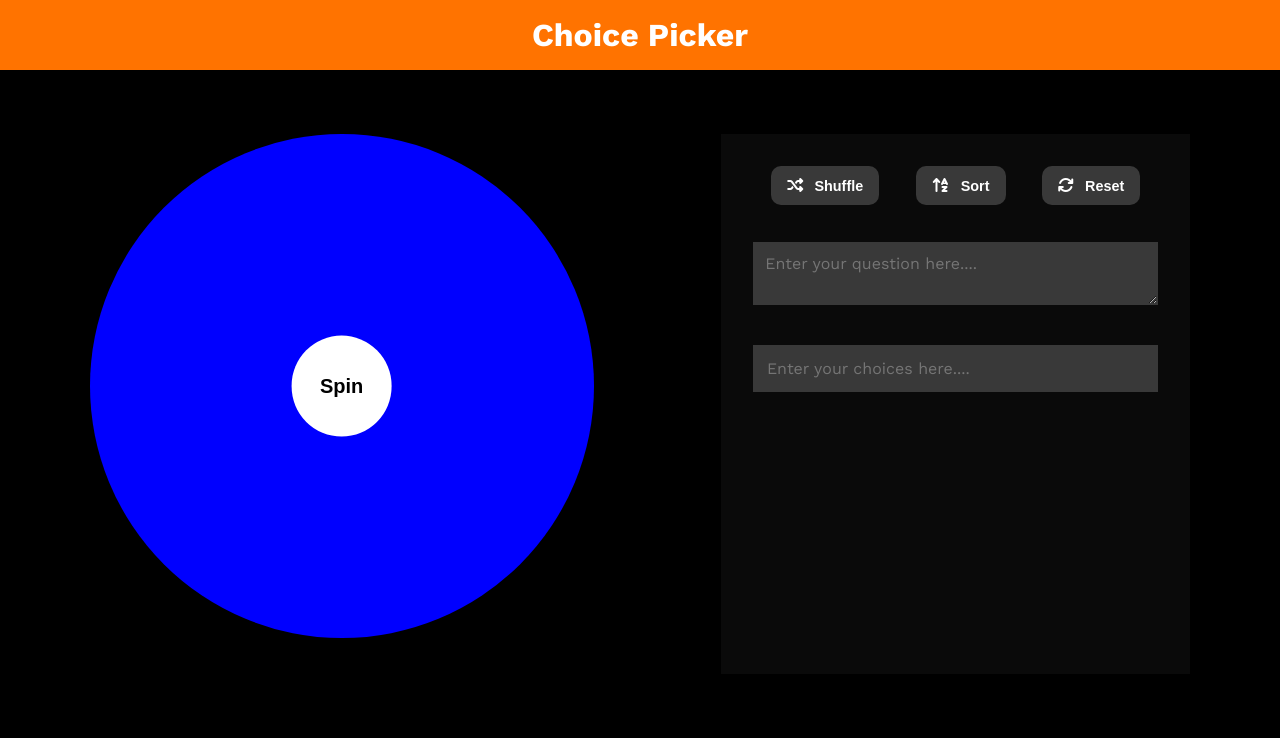
Repository: emiliaiwu/choice_wheel_spinner
Page: index.html
An editor plug-in stored every save of this project. The page is shown before and after the next save, followed by the edit.
The browser window is 1280 px wide. The pictures show the whole page.
Some web libraries are served in a nearby version.

Above is the page before, as saved 2023-01-10 05:16:21.

### index.html
<!DOCTYPE html>
<html lang="en">
<head>
    <meta charset="UTF-8">
    <meta http-equiv="X-UA-Compatible" content="IE=edge">
    <meta name="viewport" content="width=device-width, initial-scale=1.0">
    <script src="https://kit.fontawesome.com/fd9c36575f.js" crossorigin="anonymous"></script>
    <link rel="stylesheet" href="style.css">
    <script defer src="script.js"></script>
    <title>Choice Picker</title>
</head>
<body>
    <header>
        <h1>Choice Picker</h1>
    </header>
    <div class="container">
        <div class="choice_picker_container">
            <div class="choice_picker">
                <div class="wheel">
                    <canvas id="wheelCanvas" width="700" height="700" style = "width: 100%;"></canvas>
                    <button class="spin">
                        <h2>Spin</h2>
                    </button>
                </div>
            </div>
            <div class="choice_details">
                <div class="choice_style">
                    <button class="shuffle btn"><i class="fa-solid fa-shuffle"></i>Shuffle</button>
                    <button class="sort btn"><i class="fa-solid fa-arrow-up-a-z"></i>Sort</button>
                    <button class="reset btn"><i class="fa-solid fa-arrows-rotate"></i>Reset</button>
                </div>
                <div class="question">
                    <textarea name="question" id="question" placeholder="Enter your question here...."></textarea>
                </div>
                <div class="make_choices">
                    <input type="text" placeholder="Enter your choices here...." id="choices">
                    <!-- <textarea name="choices" id="choices" placeholder="Enter your choices here...."></textarea> -->
                </div>
                <div class="listed_choices">
                    <!-- <span class="choice">Berry</span>
                    <span class="choice">Berry question</span>
                    <span class="choice">Berry</span>
                    <span class="choice">Berry question</span>
                    <span class="choice">Berry</span>
                    <span class="choice">Berry question</span>
                    <span class="choice">Berry</span>
                    <span class="choice">Berry question</span> -->
                </div>
            </div>
        </div>
        <div class="display hidden">
            <div class="display_question">
                <p class="displayed_question">createElement() method creates the HTML element.</p>
                <i class="fa-solid fa-xmark"></i>
            </div>
            <div class="display_answer">
                <p class="picked_choice">Fatima</p>
            </div>
        </div>
    </div>
</body>
</html>

### style.css
@import url('https://fonts.googleapis.com/css2?family=Work+Sans:ital,wght@0,400;0,500;1,600;2,700&display=swap');

* {
    padding: 0;
    margin: 0;
    box-sizing: border-box;
}


body {
    background-color: #000000;
    font-family: 'Work Sans', sans-serif;
    max-width: 100vw;
    min-height: 100vh;
    color: #ffffff;

}

header {
    height: 70px;
    width: 100%;
    background-color:rgb(255, 115, 0);
}

header,
.spin,
.display_question i {
    display: flex;
    align-items: center;
    justify-content: center;

}

.container {
    padding: 5% 7%;
}

.container,
.choice_picker {
    width: 100%;
    height: 100%;
}

.choice_picker_container {
    display: flex;
    align-items: flex-start;
    justify-content: space-evenly;
    /* gap: 2rem; */
}

.wheel {
    width: 70vmin;
    height: 70vmin;
    background-color: blue;
    border-radius: 50%;
    position: relative;

    /* clip-path: polygon(100% 0, 50% 100%, 0 0); */
}

.spin {
    width: 20%;
    height: 20%;
    background-color: #FFFFFF;
    position: absolute;
    border-radius: 50%;
    top: 50%;
    left: 50%;
    transform: translate(-50%, -50%);
    outline: none;
    border: none;
    cursor: pointer
}


.choice_details {
    padding: 2rem;
    height: 75vh;
    width: 70%;
    background-color: #0a0a0a;
    display: flex;
    flex-direction: column;
    gap: 2rem;

}

.choice_style {
    display: flex;
    justify-content: space-around;
    align-items: center;
    /* margin-bottom: 2rem; */
}

.btn {
    cursor: pointer;
    padding: .7rem 1rem;
    font-size: .9rem;
    font-weight: 600;
    border-radius: 10px;
    background-color: #393939;
    border: none;
    color: #FFFFFF;
}

.fa-solid {
    margin-right: .7rem;
    font-size: 1rem;
}

label {
    font-weight: 600;
    font-size: 1.1rem;
}


textarea {
    padding: .7rem;
    width: 100%;
    font-size: 1rem;
    border: 1px solid #393939;
    outline: none;
    margin-top: .3rem;
    background-color: #393939;
    color: #FFFFFF;
    font-family: inherit;
}

input[type="text"] {
    padding: .8rem;
    width: 100%;
    font-size: 1rem;
    border: 1px solid #393939;
    outline: none;
    margin-top: .3rem;
    background-color: #393939;
    color: #FFFFFF;
    font-family: inherit;
}

.listed_choices {
    width: 100%;
    height: 100%;
}

.choice {
    display: inline-block;
    padding: .7rem 1rem;
    background-color: blueviolet;
    border-radius: 10px;
    margin: 0 5px 12px 5px;
    font-size: 1.1rem;
}






/* DISPLAY ANSWER */
.hidden {
    display: none;
}

.display {
    position: absolute;
    width: 60%;
    border-radius: 15px;
    overflow: hidden;
    box-shadow: -11px 13px 14px -15px rgba(0,0,0,0.75);
    -webkit-box-shadow: -11px 13px 14px -15px rgba(0,0,0,0.75);
    -moz-box-shadow: -11px 13px 14px -15px rgba(0,0,0,0.75);
}

.display_question {
    height: 80px;
    background-color: rgb(32, 183, 105);
    padding: 2rem ;
    display: flex;
    justify-content: space-between;
    align-items: center;
}

.displayed_question {
    font-size: 1.2rem;
}

.display_question i {
    width: 30px;
    height: 30px;
    background-color: none;
    border-radius: 50%;
    transition: .3s ease;
    cursor: pointer

}

.fa-xmark{
    font-size: 1.2rem;
}

.display_question i:hover {
    background-color: #ffffff49;
}


.display_answer {
    height: 150px;
    background-color: #0a0a0a;
    display: flex;
    justify-content: center;
    align-items: center;
}

.picked_choice {
    font-size: 2rem;
}


@media only screen and (max-width: 600px) {
    .choice_picker_container {
        flex-direction: column;
        justify-content: center;
        align-items: center;
    }
}

### script.js
'use strict';


// Select elements
const questionTextArea = document.getElementById('question');
const choicesTextArea = document.getElementById('choices');
const choiceContainer = document.querySelector('.listed_choices');
const wheelColors = ['red', 'orange', 'yellow', 'green', 'blue', 'blueviolet'];
const wheel = document.querySelector('.wheel');

let choices;


const createChoiceTags = () => {
    const choice = document.createElement('span');
    choice.classList.add('choice');
    choice.innerText = choicesTextArea.value;
    choiceContainer.prepend(choice);
    choicesTextArea.value = '';
    console.log(choice);



}

// const getNumberOfChoices = () => {
//     choices = choiceContainer.children.length;
// 	return choices;
// };



choicesTextArea.addEventListener('keydown', (e) => {
	if (e.key === 'Enter') {
        createChoiceTags();
        choices = choiceContainer.children.length;

	}
});

After the next save:
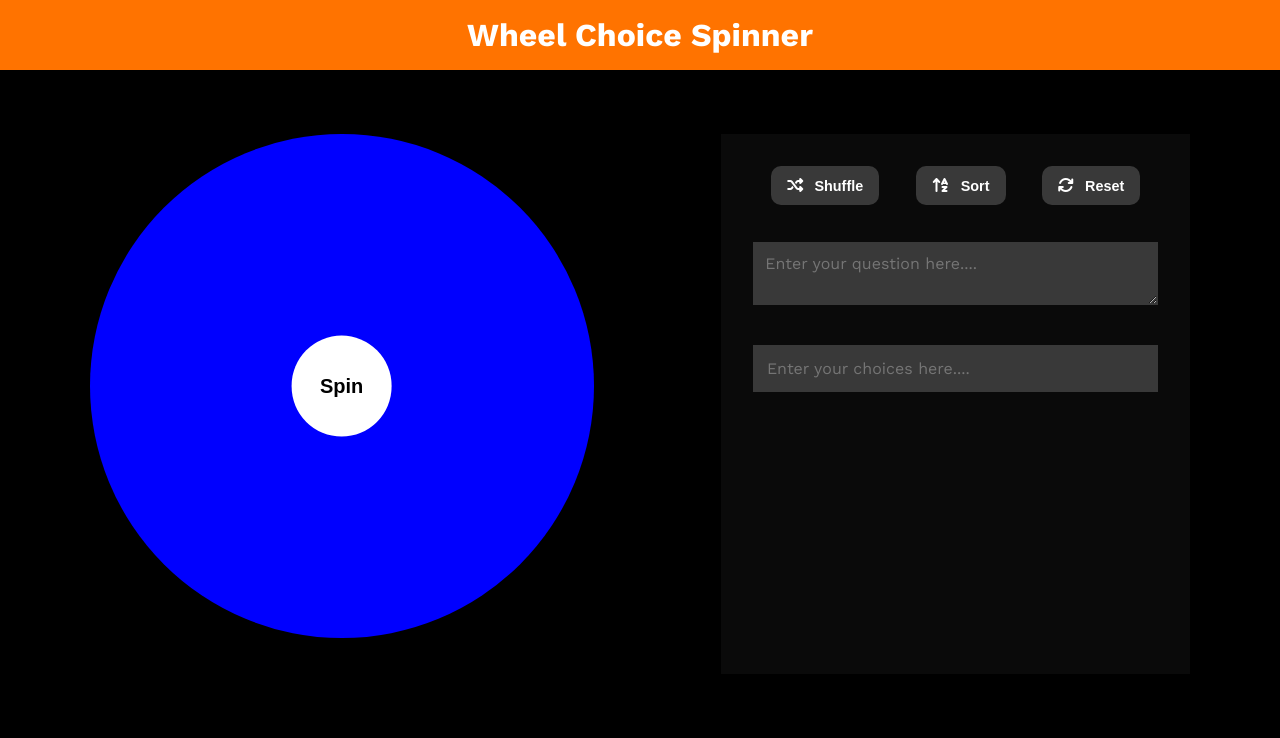
Saved 14 h 50 min later.
--- a/index.html
+++ b/index.html
@@ -7,17 +7,17 @@
     <script src="https://kit.fontawesome.com/fd9c36575f.js" crossorigin="anonymous"></script>
     <link rel="stylesheet" href="style.css">
     <script defer src="script.js"></script>
-    <title>Choice Picker</title>
+    <title>Wheel Choice Spinner</title>
 </head>
 <body>
     <header>
-        <h1>Choice Picker</h1>
+        <h1>Wheel Choice Spinner</h1>
     </header>
     <div class="container">
         <div class="choice_picker_container">
             <div class="choice_picker">
                 <div class="wheel">
-                    <canvas id="wheelCanvas" width="700" height="700" style = "width: 100%;"></canvas>
+                    <canvas id="wheelCanvas" width="500" height="500"></canvas>
                     <button class="spin">
                         <h2>Spin</h2>
                     </button>
